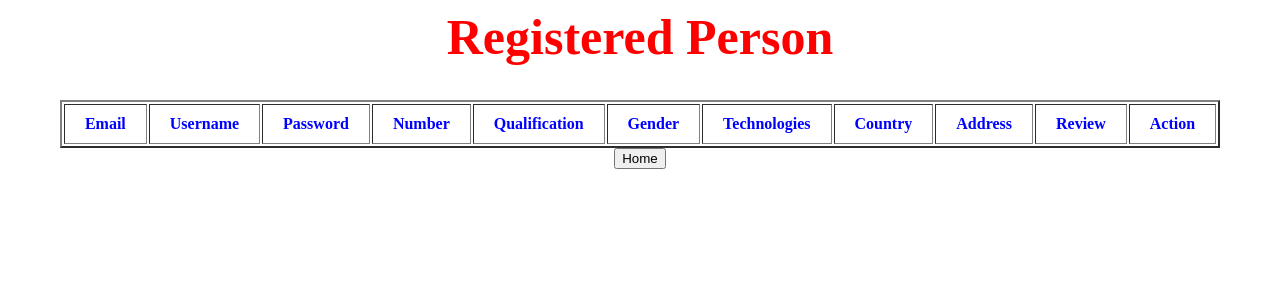
Repository: bpgujjari/Java-Logics
Page: http://localhost/FirstProject/dlt.jsp
An editor plug-in stored every save of this project. The page is shown before and after the next save, followed by the edit.
The browser window is 1280 px wide. The pictures show the whole page.
Some web fonts or font styles are not loaded; a fallback is used. The page is served by Tomcat 9.

Above is the page before, as saved 2023-03-16 15:43:48.

After the next save:
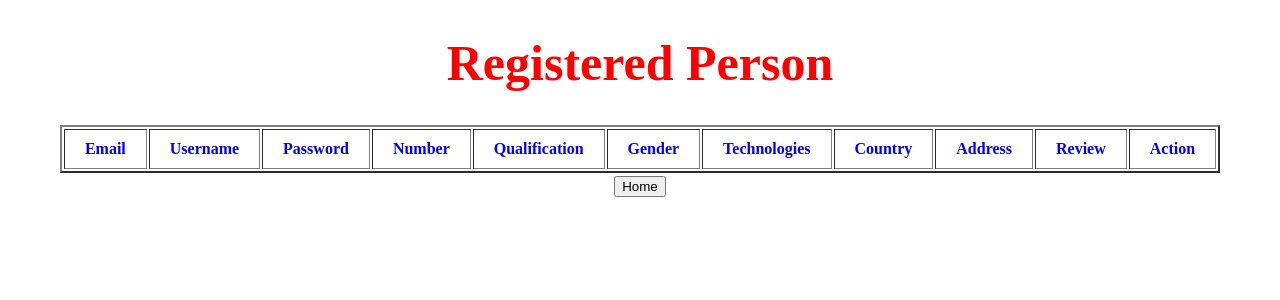
Saved 7 min 28 s later.
--- a/conditional and looping programs/RathanSir/FirstProject/src/main/webapp/dlt.jsp
+++ b/conditional and looping programs/RathanSir/FirstProject/src/main/webapp/dlt.jsp
@@ -1,4 +1,4 @@
-<html><%@page language="java" contentType="text/html" import="java.util.*" import ="com.main.registration.servlets.User" %>
+<%@page language="java" contentType="text/html" import="java.util.*" import ="com.main.registration.servlets.User" %>
 <%@taglib uri="http://java.sun.com/jsp/jstl/core" prefix="c" %>
 <!DOCTYPE html>
 <html>
